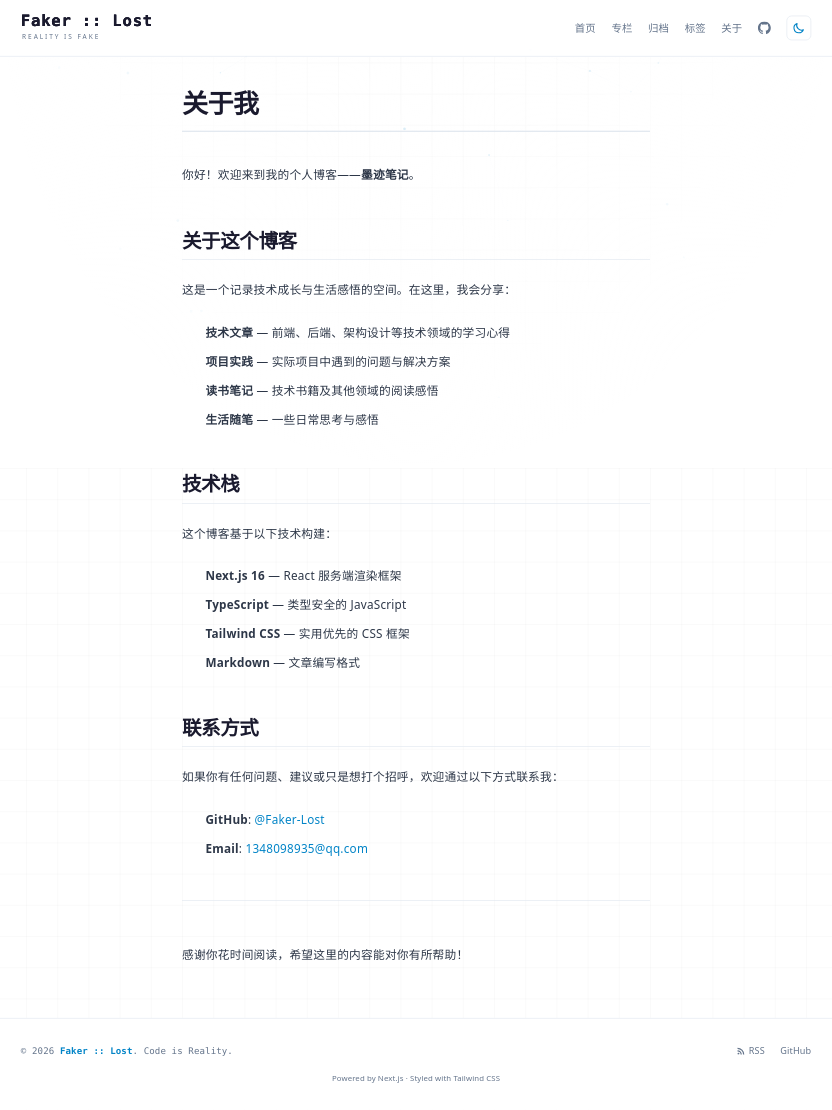
Repository: Faker-Lost/my-blog
Page: /about
An editor plug-in stored every save of this project. The page is shown before and after the next save, followed by the edit.
The browser window is 1280 px wide. The pictures show the whole page, at 65% of full size.
The project was rebuilt for these pictures with package versions that can differ from the ones it lists, and the page was loaded fresh each time. The framework's server and built-in components were replaced by stand-ins that run in the browser. Also part of the build but not shown: next.config.ts.

Above is the page before, as saved 2026-02-10 15:26:15.

After the next save:
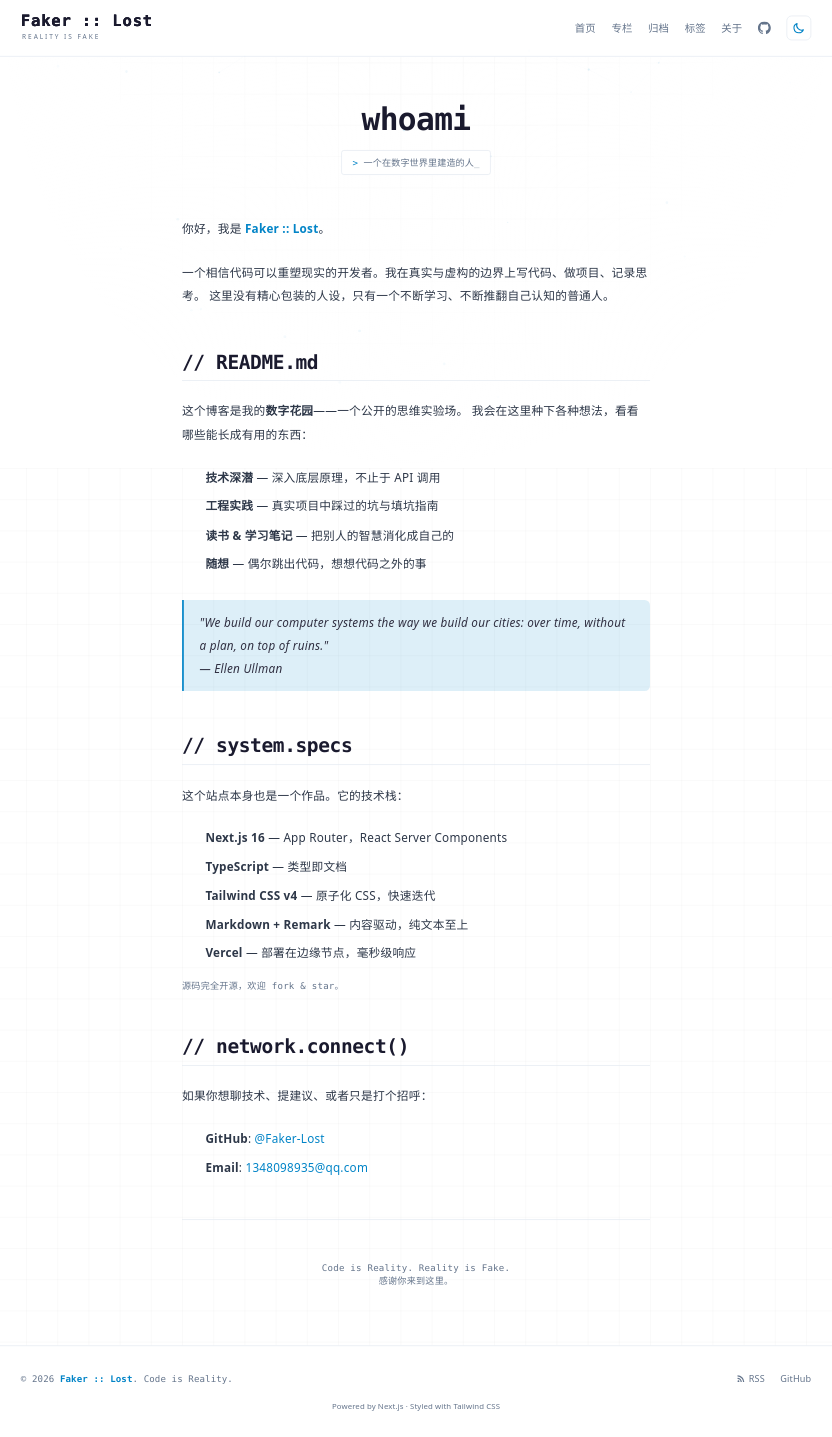
Saved 4 min 6 s later.
--- a/app/about/page.tsx
+++ b/app/about/page.tsx
@@ -1,50 +1,75 @@
 import { Metadata } from 'next';
+import AutoGlitchText from '@/components/AutoGlitchText';
 
 export const metadata: Metadata = {
-  title: '关于',
-  description: '了解更多关于我和这个博客的信息',
+  title: '关于 | Faker :: Lost',
+  description: '在比特流中迷失自我，在伪造中寻找真理。',
 };
 
 export default function AboutPage() {
   return (
-    <div className="max-w-3xl mx-auto px-6 py-12 page-transition">
+    <div className="max-w-3xl mx-auto px-6 py-16 page-transition">
+      {/* Hero 区域 */}
+      <section className="text-center mb-16">
+        <h1 className="text-4xl md:text-5xl font-bold font-mono tracking-tight text-[var(--foreground)] mb-4">
+          <AutoGlitchText text="whoami" glitchInterval={5000} glitchDuration={400} />
+        </h1>
+        <div className="inline-block px-4 py-2 border border-[var(--border)] rounded bg-[var(--card)] text-sm text-[var(--muted)] font-mono">
+          <span className="text-[var(--accent)]">&gt;</span> 一个在数字世界里建造的人<span className="animate-pulse">_</span>
+        </div>
+      </section>
+
       <article className="prose">
-        <h1>关于我</h1>
+        {/* 自我介绍 */}
+        <p>
+          你好，我是 <strong className="text-[var(--accent)]">Faker :: Lost</strong>。
+        </p>
+        <p>
+          一个相信代码可以重塑现实的开发者。我在真实与虚构的边界上写代码、做项目、记录思考。
+          这里没有精心包装的人设，只有一个不断学习、不断推翻自己认知的普通人。
+        </p>
+
+        <h2>// README.md</h2>
 
         <p>
-          你好！欢迎来到我的个人博客——<strong>墨迹笔记</strong>。
-        </p>
-
-        <h2>关于这个博客</h2>
-
-        <p>
-          这是一个记录技术成长与生活感悟的空间。在这里，我会分享：
+          这个博客是我的<strong>数字花园</strong>——一个公开的思维实验场。
+          我会在这里种下各种想法，看看哪些能长成有用的东西：
         </p>
 
         <ul>
-          <li><strong>技术文章</strong> — 前端、后端、架构设计等技术领域的学习心得</li>
-          <li><strong>项目实践</strong> — 实际项目中遇到的问题与解决方案</li>
-          <li><strong>读书笔记</strong> — 技术书籍及其他领域的阅读感悟</li>
-          <li><strong>生活随笔</strong> — 一些日常思考与感悟</li>
+          <li><strong>技术深潜</strong> — 深入底层原理，不止于 API 调用</li>
+          <li><strong>工程实践</strong> — 真实项目中踩过的坑与填坑指南</li>
+          <li><strong>读书 & 学习笔记</strong> — 把别人的智慧消化成自己的</li>
+          <li><strong>随想</strong> — 偶尔跳出代码，想想代码之外的事</li>
         </ul>
 
-        <h2>技术栈</h2>
+        <blockquote>
+          "We build our computer systems the way we build our cities: over time, without a plan, on top of ruins."
+          <br />— Ellen Ullman
+        </blockquote>
+
+        <h2>// system.specs</h2>
 
         <p>
-          这个博客基于以下技术构建：
+          这个站点本身也是一个作品。它的技术栈：
         </p>
 
         <ul>
-          <li><strong>Next.js 16</strong> — React 服务端渲染框架</li>
-          <li><strong>TypeScript</strong> — 类型安全的 JavaScript</li>
-          <li><strong>Tailwind CSS</strong> — 实用优先的 CSS 框架</li>
-          <li><strong>Markdown</strong> — 文章编写格式</li>
+          <li><strong>Next.js 16</strong> — App Router，React Server Components</li>
+          <li><strong>TypeScript</strong> — 类型即文档</li>
+          <li><strong>Tailwind CSS v4</strong> — 原子化 CSS，快速迭代</li>
+          <li><strong>Markdown + Remark</strong> — 内容驱动，纯文本至上</li>
+          <li><strong>Vercel</strong> — 部署在边缘节点，毫秒级响应</li>
         </ul>
 
-        <h2>联系方式</h2>
+        <p className="text-sm text-[var(--muted)] font-mono">
+          源码完全开源，欢迎 fork & star。
+        </p>
+
+        <h2>// network.connect()</h2>
 
         <p>
-          如果你有任何问题、建议或只是想打个招呼，欢迎通过以下方式联系我：
+          如果你想聊技术、提建议、或者只是打个招呼：
         </p>
 
         <ul>
@@ -55,14 +80,16 @@ export default function AboutPage() {
             </a>
           </li>
           <li>
-            <strong>Email</strong>: <a href="mailto:1348098935@qq.com">1348098935@qq.com</a>
+            <strong>Email</strong>:{' '}
+            <a href="mailto:1348098935@qq.com">1348098935@qq.com</a>
           </li>
         </ul>
 
         <hr />
 
-        <p>
-          感谢你花时间阅读，希望这里的内容能对你有所帮助！
+        <p className="text-center text-[var(--muted)] font-mono text-sm">
+          Code is Reality. Reality is Fake.<br />
+          感谢你来到这里。
         </p>
       </article>
     </div>
